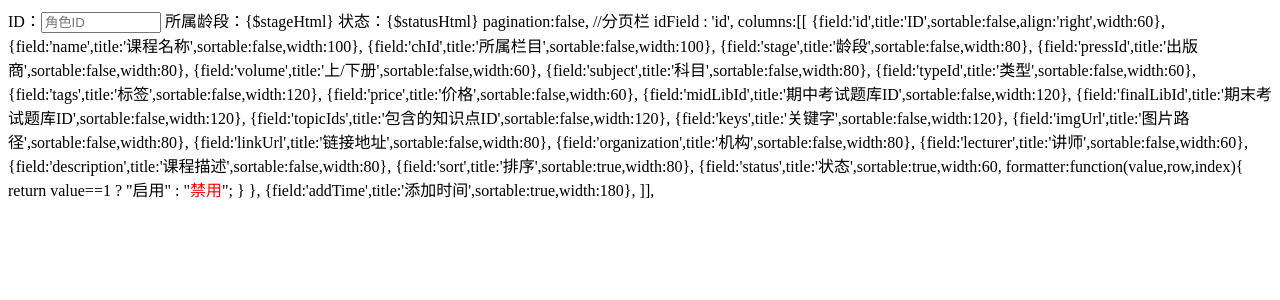
Repository: pridewu/hipi
Page: Education_dev_platform/branches/v1/Application/System/View/v1/Role/index.html
An editor plug-in stored every save of this project. The page is shown before and after the next save, followed by the edit.
The browser window is 1280 px wide. The pictures show the whole page.

Above is the page before, as saved 2014-12-05 10:06:03.

After the next save:
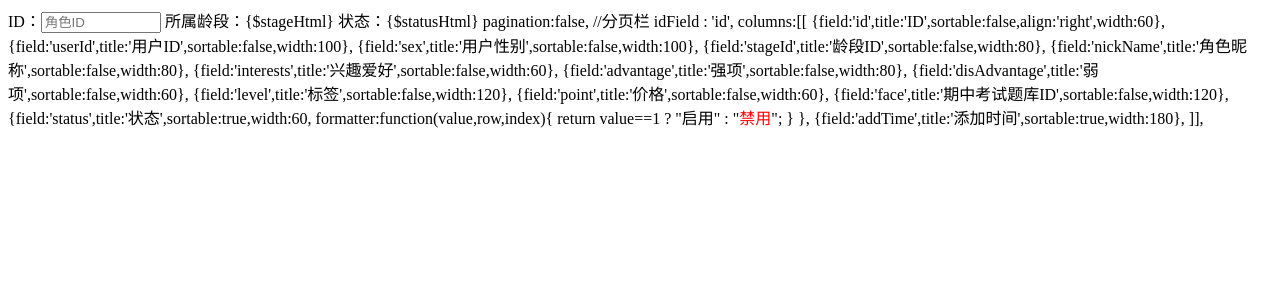
Saved 13 min 22 s later.
--- a/Education_dev_platform/branches/v1/Application/System/View/v1/Role/index.html
+++ b/Education_dev_platform/branches/v1/Application/System/View/v1/Role/index.html
@@ -22,26 +22,17 @@
 		idField : 'id',
 	    columns:[[
             {field:'id',title:'ID',sortable:false,align:'right',width:60},
-            {field:'name',title:'课程名称',sortable:false,width:100},
-            {field:'chId',title:'所属栏目',sortable:false,width:100},
-            {field:'stage',title:'龄段',sortable:false,width:80},
-            {field:'pressId',title:'出版商',sortable:false,width:80},
-            {field:'volume',title:'上/下册',sortable:false,width:60},
-            {field:'subject',title:'科目',sortable:false,width:80},
-            {field:'typeId',title:'类型',sortable:false,width:60},
-            {field:'tags',title:'标签',sortable:false,width:120},
-            {field:'price',title:'价格',sortable:false,width:60},
-            {field:'midLibId',title:'期中考试题库ID',sortable:false,width:120},
-            {field:'finalLibId',title:'期末考试题库ID',sortable:false,width:120},
-            {field:'topicIds',title:'包含的知识点ID',sortable:false,width:120},
-            {field:'keys',title:'关键字',sortable:false,width:120},
-            {field:'imgUrl',title:'图片路径',sortable:false,width:80},
-            {field:'linkUrl',title:'链接地址',sortable:false,width:80},
-            {field:'organization',title:'机构',sortable:false,width:80},
-            {field:'lecturer',title:'讲师',sortable:false,width:60},
-            {field:'description',title:'课程描述',sortable:false,width:80},
-            {field:'sort',title:'排序',sortable:true,width:80},
-            {field:'status',title:'状态',sortable:true,width:60,
+            {field:'userId',title:'用户ID',sortable:false,width:100},
+            {field:'sex',title:'用户性别',sortable:false,width:100},
+            {field:'stageId',title:'龄段ID',sortable:false,width:80},
+            {field:'nickName',title:'角色昵称',sortable:false,width:80},
+            {field:'interests',title:'兴趣爱好',sortable:false,width:60},
+            {field:'advantage',title:'强项',sortable:false,width:80},
+            {field:'disAdvantage',title:'弱项',sortable:false,width:60},
+            {field:'level',title:'标签',sortable:false,width:120},
+            {field:'point',title:'价格',sortable:false,width:60},
+            {field:'face',title:'期中考试题库ID',sortable:false,width:120},
+			{field:'status',title:'状态',sortable:true,width:60,
             	formatter:function(value,row,index){
             		return value==1 ? "启用" : "<font color=red>禁用</font>";
             	}
